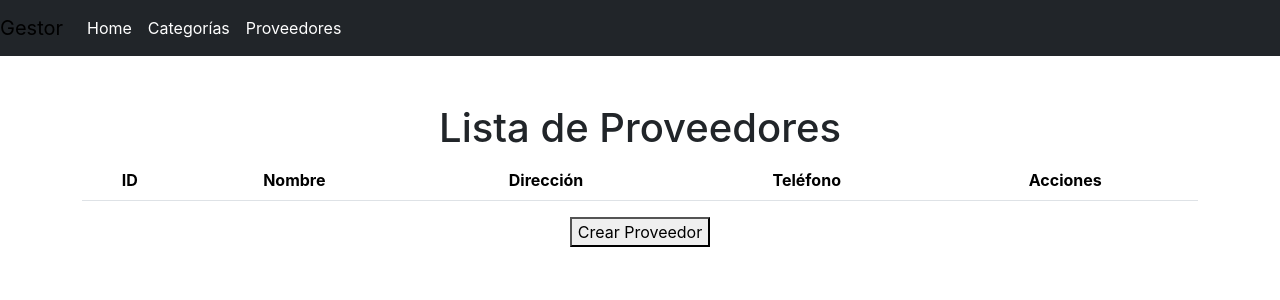
Repository: SantiagoGuaman/gestor-app
Page: /providers
The author's editor kept a copy of each file at every save. The page is drawn from the files as they stood at one save, then again after the next save.
The browser window is 1280 px wide. The pictures show the whole page.
The page's requests for data from a server got no answer. The project was rebuilt for these pictures with package versions that can differ from the ones it lists, and the page was loaded fresh each time. No one was signed in, and anything a server would have sent is missing. Also part of the build but not shown: src/App.css, src/Categories/GetDataCategories.js, src/HomePage/HomePage.js.

Above is the page before, as saved 2024-02-15 09:34:15.

### public/index.html
<!DOCTYPE html>
<html lang="en">
  <head>
    <meta charset="utf-8" />
    <link rel="icon" href="%PUBLIC_URL%/favicon.ico" />
    <meta name="viewport" content="width=device-width, initial-scale=1" />
    <meta name="theme-color" content="#000000" />
    <meta
      name="description"
      content="Web site created using create-react-app"
    />
    <link rel="apple-touch-icon" href="%PUBLIC_URL%/logo192.png" />
    <!--
      manifest.json provides metadata used when your web app is installed on a
      user's mobile device or desktop. See https://developers.google.com/web/fundamentals/web-app-manifest/
    -->
    <link href="https://cdn.jsdelivr.net/npm/bootstrap@5.3.2/dist/css/bootstrap.min.css" rel="stylesheet" integrity="sha384-T3c6CoIi6uLrA9TneNEoa7RxnatzjcDSCmG1MXxSR1GAsXEV/Dwwykc2MPK8M2HN" crossorigin="anonymous">
    <link rel="manifest" href="%PUBLIC_URL%/manifest.json" />
    <!--
      Notice the use of %PUBLIC_URL% in the tags above.
      It will be replaced with the URL of the `public` folder during the build.
      Only files inside the `public` folder can be referenced from the HTML.

      Unlike "/favicon.ico" or "favicon.ico", "%PUBLIC_URL%/favicon.ico" will
      work correctly both with client-side routing and a non-root public URL.
      Learn how to configure a non-root public URL by running `npm run build`.
    -->
    <title>Gestor APP</title>
  </head>
  <body>
    <noscript>You need to enable JavaScript to run this app.</noscript>
    <div id="root"></div>
    <!--
      This HTML file is a template.
      If you open it directly in the browser, you will see an empty page.

      You can add webfonts, meta tags, or analytics to this file.
      The build step will place the bundled scripts into the <body> tag.

      To begin the development, run `npm start` or `yarn start`.
      To create a production bundle, use `npm run build` or `yarn build`.
    -->
  </body>
  <script src="https://cdn.jsdelivr.net/npm/bootstrap@5.3.2/dist/js/bootstrap.bundle.min.js" integrity="sha384-C6RzsynM9kWDrMNeT87bh95OGNyZPhcTNXj1NW7RuBCsyN/o0jlpcV8Qyq46cDfL" crossorigin="anonymous"></script>
</html>

### src/App.js
import { BrowserRouter, Route, Routes } from 'react-router-dom';
import './App.css';
import GetDataCategories from './Categories/GetDataCategories';
import NavBar from './NavBar/NavBar';
import GetDataProviders from './Proveedores/GetDataProviders';
import HomePage from './HomePage/HomePage';

function App() {
  return (
    <BrowserRouter>
      <NavBar />
      <Routes>
        <Route exact path='/' element={<HomePage />} />
        <Route exact path='/categories' element={<GetDataCategories />} />
        <Route exact path='/providers' element={<GetDataProviders />} />
      </Routes>
    </BrowserRouter>
  );
}

export default App;

### src/NavBar/NavBar.js
import React from 'react'
import { Link } from 'react-router-dom'
import './NavBar.css';

function NavBar() {
    return (
        <nav className="navbar navbar-expand-lg navbar-light bg-dark lg">
            <Link className="navbar-brand" to="/">Gestor</Link>
            <button className="navbar-toggler" type="button" data-toggle="collapse" data-target="#navbarNav" aria-controls="navbarNav" aria-expanded="false" aria-label="Toggle navigation">
                <span className="navbar-toggler-icon"></span>
            </button>
            <div className="collapse navbar-collapse" id="navbarNav">
                <ul className="navbar-nav" >
                    <li className="nav-item active">
                        <Link className="nav-link" to="/">Home</Link>
                    </li>
                    <li className="nav-item">
                        <Link className="nav-link" to="/categories">Categorías</Link>
                    </li>
                    <li className="nav-item">
                        <Link className="nav-link" to="/providers">Proveedores</Link>
                    </li>
                </ul>
            </div>
        </nav>
    )
}

export default NavBar

### src/Proveedores/GetDataProviders.js
import React, { useEffect, useState } from 'react'

function GetDataProviders() {

    const endPoint = 'http://localhost:8080/api/proveedores';

    const [proveedores, setProveedores] = useState([]);
    const [newProveedor, setNewProveedor] = useState({
        nombre: '',
        direccion: '',
        telefono: ''
    });

    const [editProveedor, setEditProveedor] = useState({
        nombre: '',
        direccion: '',
        telefono: ''
    });

    const [isCreateModalOpen, setCreateModalOpen] = useState(false);

    const fetchData = async () => {
        try {
            const response = await fetch(endPoint);
            if (response.ok) {
                const data = await response.json();
                setProveedores(data);
            }
        } catch (error) {
            console.error("Error fetching data:", error);
        }
    };

    const handleCreate = async () => {
        try {
            const response = await fetch(endPoint, {
                method: 'POST',
                headers: {
                    'Content-Type': 'application/json',
                },
                body: JSON.stringify(newProveedor),
            });

            if (response.ok) {
                console.log('Proveedor creado exitosamente');
                fetchData();
                setNewProveedor({
                    nombre: '',
                    direccion: '',
                    telefono: ''
                });
                setCreateModalOpen(false);
            } else {
                console.error('Error al crear el Proveedor');
            }
        } catch (error) {
            console.error('Error al procesar la solicitud de creación:', error);
        }
    };

    const handleEdit = (proveedor) => {
        setEditProveedor(proveedor);
    };

    const handleUpdate = async () => {
        try {
            const response = await fetch(`${endPoint}/${editProveedor.id_proveedor}`, {
                method: 'PUT',
                headers: {
                    'Content-Type': 'application/json',
                },
                body: JSON.stringify(editProveedor),
            });

            if (response.ok) {
                console.log('Proveedor actualizado exitosamente');
                fetchData();
                setEditProveedor({
                    nombre: '',
                    direccion: '',
                    telefono: ''
                });
            } else {
                console.error('Error al actualizar el Proveedor');
            }
        } catch (error) {
            console.error('Error al procesar la solicitud de actualización:', error);
        }
    };

    const handleDelete = async (id) => {
        try {
            const response = await fetch(`${endPoint}/${id}`, {
                method: 'DELETE',
            });

            if (response.ok) {
                console.log('Proveedor eliminado exitosamente');
                fetchData();
            } else {
                console.error('Error al eliminar al Proveedor');
            }
        } catch (error) {
            console.error('Error al procesar la solicitud de eliminación:', error);
        }
    }

    useEffect(() => {
        fetchData();
    }, []);

    return (
        <div className='container text-center mt-5'>
            <h1>Lista de Proveedores</h1>
            <table className="table table-hover">
                <thead>
                    <tr>
                        <th>ID</th>
                        <th>Nombre</th>
                        <th>Dirección</th>
                        <th>Teléfono</th>
                        <th>Acciones</th>
                    </tr>
                </thead>
                <tbody>
                    {proveedores.map((proveedor) => (
                        <tr key={proveedor.id_proveedor}>
                            <td>{proveedor.id_proveedor}</td>
                            <td>{proveedor.nombre}</td>
                            <td>{proveedor.direccion}</td>
                            <td>{proveedor.telefono}</td>
                            <td>
                                <button className='btn btn-secondary' onClick={() => handleEdit(proveedor)}>Editar</button>
                                <button className='btn btn-danger' onClick={() => handleDelete(proveedor.id_proveedor)}>Eliminar</button>
                            </td>
                        </tr>
                    ))}
                </tbody>
            </table>
            <button onClick={() => setCreateModalOpen(true)}>Crear Proveedor</button>
            {isCreateModalOpen && (
                <div className="modal" tabIndex="-1" role="dialog" style={{ display: 'block' }}>
                    <div className="modal-dialog" role="document">
                        <div className="modal-content">
                            <div className="modal-header">
                                <h5 className="modal-title">Crear Nuevo Proveedor</h5>
                                <button type="button" className="close" data-dismiss="modal" aria-label="Close" onClick={() => setCreateModalOpen(false)}>
                                    <span aria-hidden="true">&times;</span>
                                </button>
                            </div>

                            <div className="modal-body" style={{ display: 'flex', flexDirection: 'column' }}>
                                <input className='form-control mt-3'
                                    type="text"
                                    placeholder="Nombre"
                                    value={newProveedor.nombre}
                                    onChange={(e) => setNewProveedor({ ...newProveedor, nombre: e.target.value })}
                                />
                                <input className='form-control mt-3'
                                    type="text"
                                    placeholder="Dirección"
                                    value={newProveedor.direccion}
                                    onChange={(e) => setNewProveedor({ ...newProveedor, direccion: e.target.value })}
                                />
                                <input className='form-control mt-3'
                                    type="text"
                                    placeholder="Teléfono"
                                    value={newProveedor.telefono}
                                    onChange={(e) => setNewProveedor({ ...newProveedor, telefono: e.target.value })}
                                />
                            </div>
                            <div className="modal-footer mt-3">
                                <button type="button" className="btn btn-primary" onClick={handleCreate}>Crear</button>
                                <button type="button" className="btn btn-secondary" onClick={() => setCreateModalOpen(false)}>Cancelar</button>
                            </div>
                        </div>
                    </div>
                </div>

            )}

            {editProveedor.id_proveedor && (
                <div>
                    <h2>Editar Proveedor</h2>
                    <input
                        type="text"
                        value={editProveedor.nombre}
                        onChange={(e) => setEditProveedor({ ...editProveedor, nombre: e.target.value })}
                    />
                    <input
                        type="text"
                        value={editProveedor.direccion}
                        onChange={(e) => setEditProveedor({ ...editProveedor, direccion: e.target.value })}
                    />
                    <input
                        type="text"
                        value={editProveedor.telefono}
                        onChange={(e) => setEditProveedor({ ...editProveedor, telefono: e.target.value })}
                    />
                    <button className='btn btn-success' onClick={handleUpdate}>Guardar</button>
                </div>
            )}
        </div>
    );
}

export default GetDataProviders

### src/NavBar/NavBar.css
.nav-link {
    color: #FFFFFF; /* Color blanco */
  }

Loaded but not shown: src/index.js (common file); src/index.css (common file); src/reportWebVitals.js (common file)

After the next save:
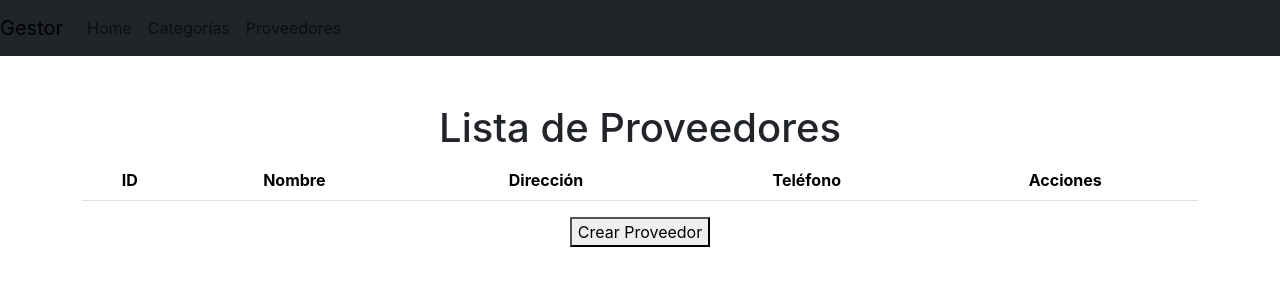
Saved 18 s later.
--- a/src/NavBar/NavBar.css
+++ b/src/NavBar/NavBar.css
@@ -1,3 +1,3 @@
-.nav-link {
+.navbar {
     color: #FFFFFF; /* Color blanco */
   }

After the save that followed:
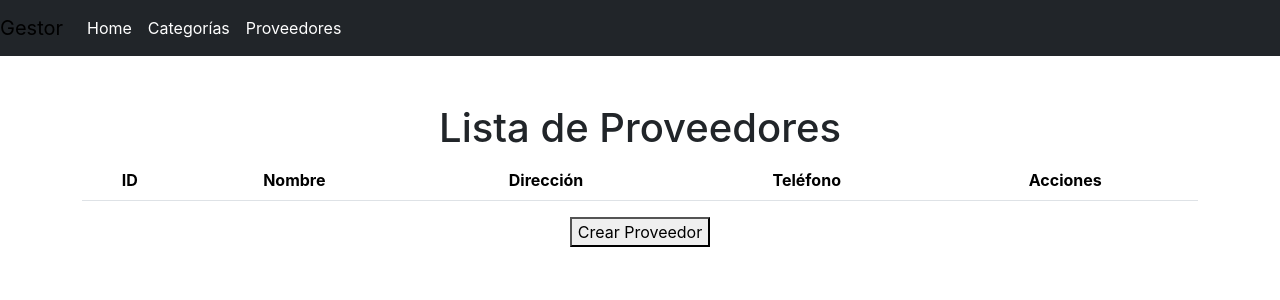
Saved 33 s later.
--- a/src/NavBar/NavBar.css
+++ b/src/NavBar/NavBar.css
@@ -1,3 +1,3 @@
-.navbar {
+.nav-link {
     color: #FFFFFF; /* Color blanco */
   }
